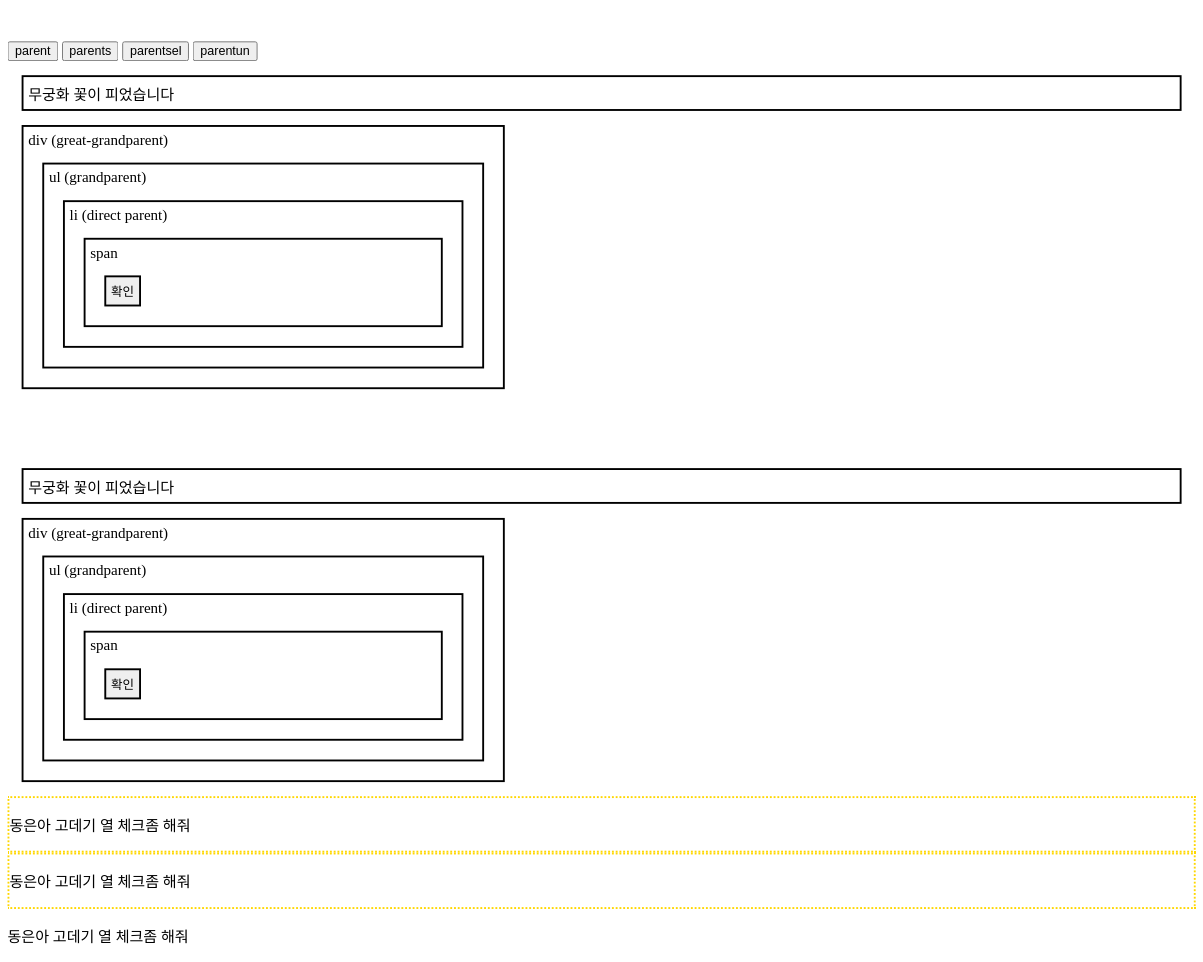
Repository: JJaeHwan/HTML
Page: jquerypro/WebContent/0113/찾기메소드2.html
An editor plug-in stored every save of this project. The page is shown before and after the next save, followed by the edit.
The browser window is 1280 px wide. The pictures show the whole page, at 94% of full size.

Above is the page before, as saved 2023-01-13 08:27:27.

### jquerypro/WebContent/0113/찾기메소드2.html
<!DOCTYPE html>
<html>
<head>
<meta charset="UTF-8">
<title>Insert title here</title>
<!-- <link rel="stylesheet" href="../css/public.css"> -->
<script src="https://ajax.googleapis.com/ajax/libs/jquery/3.6.1/jquery.min.js"></script>

<script type="text/javascript">
$(function () {
	   $('#parent').on('click', function () {

	        vparent = $("span").parent();

	        $(vparent).css({"color": "red", "border": "2px solid red"})
	   })
	/* -------------------------------------------------------------------------- */
	   $('#parents').on('click', function () {

	        vparents = $("span").parents();

	        $(vparents).css({"color": "orange", "border": "2px solid orange"})
	   })
	/* -------------------------------------------------------------------------- */

	   $('#parentsel').on('click', function () {

	        vparentsSel = $("span").parents('#res1')

	        $(vparentsSel).css({"color": "yellow", "border": "2px dotted yellow"})
	   })
	/* -------------------------------------------------------------------------- */

	   $('#parentun').on('click', function () {

	        vparentsUntil = $("span").parentsUntil('#res1');

	        $(vparentsUntil).css({"color": "hotpink", "border": "2px dotted hotpink"})
	   })
	/* -------------------------------------------------------------------------- */

		$('button[type=button]').on('click', function() {
			arr = ["연진아 네 꿈이 뭐야?", "내꿈은 너야 박연진", "고데기 열 체크좀 해줄래?",
				"도와주세요 제발 도와주세요 ", "체육이 키를 주고 갔네?",
						"연진아 나한테 왜그러는거야?", "너는 그래도 아무일이 안일어나고",
						"나한테도 아무일도 안일어나잖아"];
			rand = parseInt(Math.random() * arr.length);

			vdd = $(this).parents('.dd');

			vp = $(vdd).find('p');
			$(vp).text(arr[rand]).css('color', 'red');


		})

		$('p').on('click', function() {
			vp = $(this).parent();

			if($(vp).is(".cd")){
				// 클릭한 p태그를 복사하여 부모에다 붙여 넣기 한다.
				$(this).clone().appendTo(vp).css('color', 'red'); // this는 현재의 나 나를 복사해서 나의 부모에다가 붙여넣기

			}else{
				alert("작업대상이 아닙니다 ~ ~ ~ ")
			}

		})

	})


</script>


<style type="text/css">
#res1 *, #res2 * {
  display: block;
  border: 2px solid black;
  color: black;
  padding: 5px;
  margin: 15px;
}
.cd{
	border : 2px dotted gold;
}

</style>
</head>
<body>


<div class="box">
	<br><br>
	<input type="button" value="parent" id="parent">
	<input type="button" value="parents" id="parents">
	<input type="button" value="parentsel" id="parentsel">
	<input type="button" value="parentun" id="parentun">
	<br>

	<div class="dd" id="res1">
		<p>무궁화 꽃이 피었습니다</p>
		<div style="width:500px;">div (great-grandparent)
		   	 <ul>ul (grandparent)
		    	  <li>li (direct parent)
		     	    <span>span<button type="button">확인</button></span>
		     	 </li>
		    </ul>
	    </div>
	</div>

	<br><br><br>

	<div class="dd" id="res2">
		<p>무궁화 꽃이 피었습니다</p>
		<div style="width:500px;">div (great-grandparent)
		   	 <ul>ul (grandparent)
		    	  <li>li (direct parent)
		     	    <span>span<button type="button">확인</button></span>
		     	 </li>
		    </ul>
	    </div>
	</div>
</div>

<div class = "box">
  <div class = "cd">
  	<p> 동은아 고데기 열 체크좀 해줘 </p>
  </div>

  <div class = "cd">
  	<p> 동은아 고데기 열 체크좀 해줘 </p>
  </div>

  	<p> 동은아 고데기 열 체크좀 해줘 </p>

</div>


</body>
</html>

After the next save:
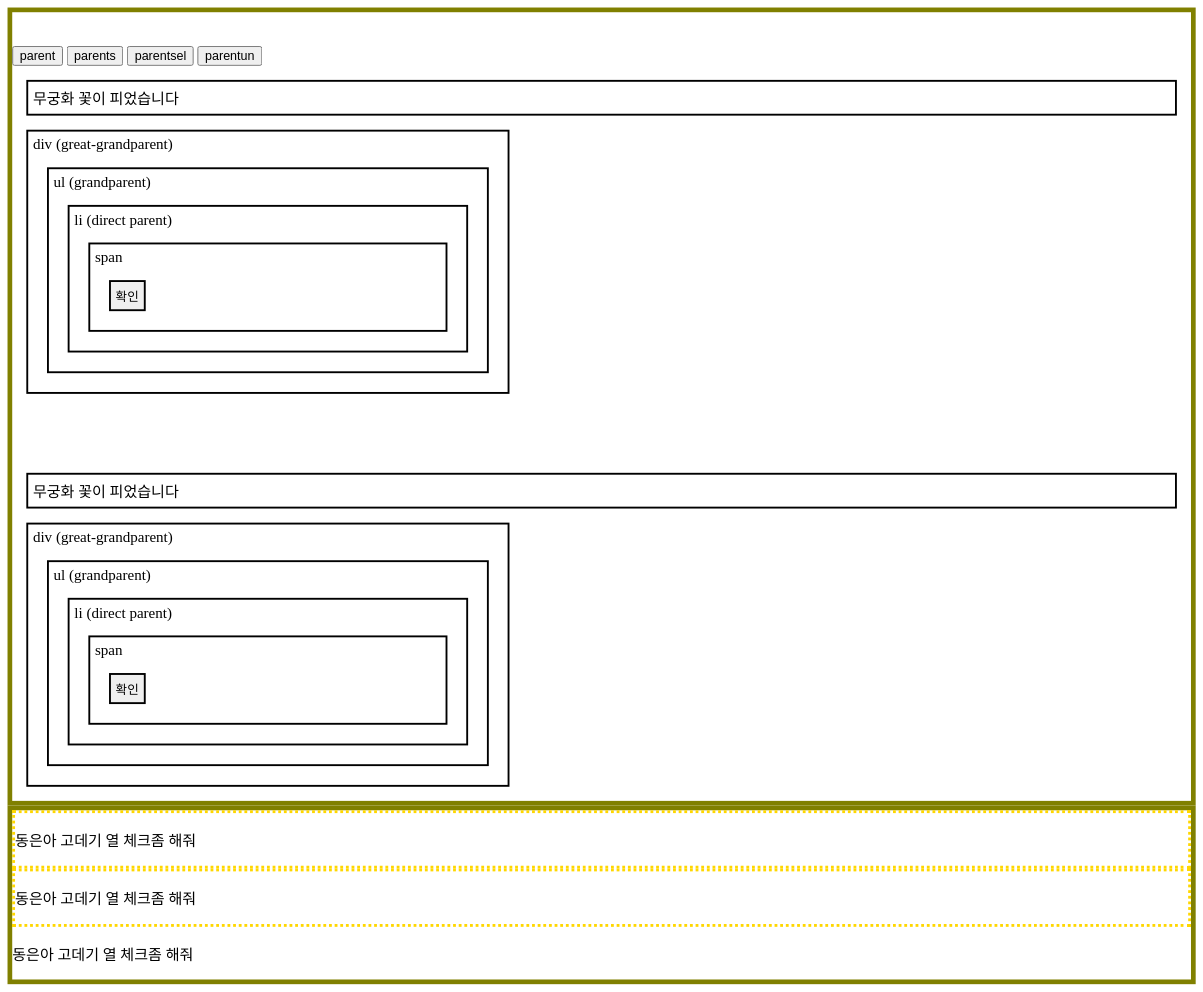
Saved 45 s later.
--- a/jquerypro/WebContent/0113/찾기메소드2.html
+++ b/jquerypro/WebContent/0113/찾기메소드2.html
@@ -82,9 +82,12 @@ $(function () {
   margin: 15px;
 }
 .cd{
-	border : 2px dotted gold;
+	border : 3px dotted gold;
 }
 
+.box{
+	border: 5px solid olive;
+}
 </style>
 </head>
 <body>
